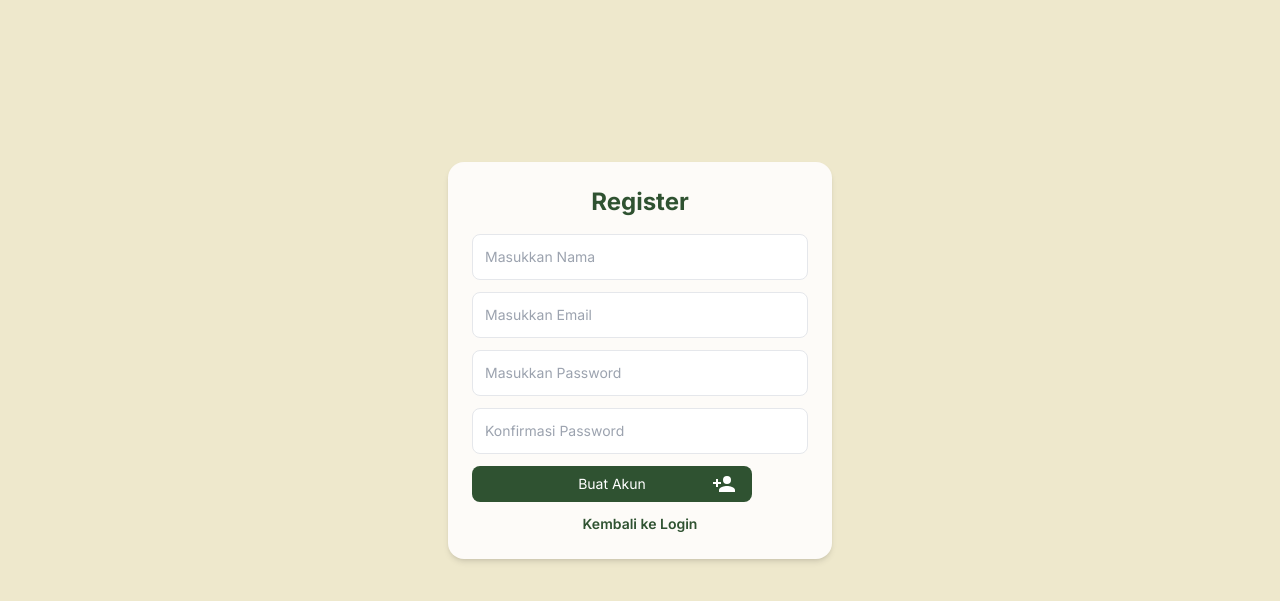
Repository: PajarAland/DiagramCoffee
Page: /register
An editor plug-in stored every save of this project. The page is shown before and after the next save, followed by the edit.
The browser window is 1280 px wide. The pictures show the whole page.
The page's requests for data from a server got no answer. The project was rebuilt for these pictures with package versions that can differ from the ones it lists, and the page was loaded fresh each time. Some packages were replaced by stand-ins written for this rebuild. No one was signed in, and anything a server would have sent is missing. Also part of the build but not shown: vite.config.js, src/components/ui/NavBar.jsx, src/pages/Landing.jsx, src/context/useAuth.jsx, src/pages/Login.jsx, src/pages/Home.jsx, src/auth/ProtectedRoute.jsx.

Above is the page before, as saved 2026-04-27 00:02:33.

### index.html
<!doctype html>
<html lang="en">
  <head>
    <meta charset="UTF-8" />
    <link rel="icon" type="image/svg+xml" href="/favicon.svg" />
    <link rel="preconnect" href="https://fonts.googleapis.com">
    <link rel="preconnect" href="https://fonts.gstatic.com" crossorigin>
    <link href="https://fonts.googleapis.com/css2?family=Inter:wght@400;500;600;700&display=swap" rel="stylesheet">
    <meta name="viewport" content="width=device-width, initial-scale=1.0" />
    <title>diagramcoffee</title>
  </head>
  <body>
    <div id="root"></div>
    <script type="module" src="/src/main.jsx"></script>
  </body>
</html>

### src/index.css
@tailwind base;
@tailwind components;
@tailwind utilities;

body {
  @apply font-sans;
}

### src/App.jsx
import { BrowserRouter, Routes, Route } from "react-router-dom";
import Landing from "./pages/Landing";
import Login from "./pages/Login";
import Register from "./pages/Register";
import Home from "./pages/Home";
import ProtectedRoute from "./auth/ProtectedRoute";
import { AuthProvider } from "./context/AuthProvider";

function App() {
  return (
    <AuthProvider>
      <BrowserRouter>
        <Routes>
          <Route path="/" element={<Landing />} />
          <Route path="/login" element={<Login />} />
          <Route path="/register" element={<Register />} />

          <Route
            path="/home"
            element={
              <ProtectedRoute>
                <Home />
              </ProtectedRoute>
            }
          />
        </Routes>
      </BrowserRouter>
    </AuthProvider>
  );
}

export default App;

### src/pages/Register.jsx
import { useState } from "react";
import { useNavigate } from "react-router-dom";
import Swal from "sweetalert2";
import API from "../services/api";
import accountAddWhite from "../assets/mdi--account-add-white.svg";



function Register() {
    const navigate = useNavigate();

    const [name, setName] = useState("");
    const [email, setEmail] = useState("");
    const [password, setPassword] = useState("");
    const [passwordConfirmation, setPasswordConfirmation] = useState("");

    const handleRegister = async (e) => {
        e.preventDefault();

        try {
            await API.post("/api/register", {
                name,
                email,
                password,
                password_confirmation: passwordConfirmation,
            });

            navigate("/login");

        } catch (error) {
            console.error(error);

            if (error.response.data.errors) {
                Swal.fire({
                    icon: "error",
                    title: "Validasi Gagal",
                    html: Object.values(error.response.data.errors).join("<br>"),
                });
                } else {
                Swal.fire({
                    icon: "error",
                    title: "Error",
                    text: error.response.data.message,
                });
            }
        }
    };

    return (
        <div className="min-h-screen bg-[#EEE8CC] flex items-center justify-center">
            <div className="bg-[#FDFBF8] w-full max-w-sm rounded-2xl p-6 shadow-md text-center">

                <h2 className="text-[#2F5231] font-bold text-2xl mb-4">
                    Register
                </h2>

                <form onSubmit={handleRegister} className="space-y-3">

                    <input
                        type="text"
                        placeholder="Masukkan Nama"
                        value={name}
                        onChange={(e) => setName(e.target.value)}
                        className="w-full border rounded-lg px-3 py-3 text-sm outline-none"
                    />

                    <input
                        type="email"
                        placeholder="Masukkan Email"
                        value={email}
                        onChange={(e) => setEmail(e.target.value)}
                        className="w-full border rounded-lg px-3 py-3 text-sm outline-none"
                    />

                    <input
                        type="password"
                        placeholder="Masukkan Password"
                        value={password}
                        onChange={(e) => setPassword(e.target.value)}
                        className="w-full border rounded-lg px-3 py-3 text-sm outline-none"
                    />

                    <input
                        type="password"
                        placeholder="Konfirmasi Password"
                        value={passwordConfirmation}
                        onChange={(e) => setPasswordConfirmation(e.target.value)}
                        className="w-full border rounded-lg px-3 py-3 text-sm outline-none"
                    />

                    <button
                        type="submit"
                        className="w-10/12 bg-[#2F5231] text-sm text-white py-2 rounded-lg mt-4 relative flex items-center justify-center"
                    >
                        <span className="text-center">Buat Akun</span>

                        <img
                            src={accountAddWhite}
                            alt="account add"
                            className="w-6 h-6 absolute right-4"
                        />
                    </button>
                </form>

                <button
                    onClick={() => navigate("/login")}
                    className="text-sm text-[#2F5231] font-semibold mt-3 hover:underline"
                >
                    Kembali ke Login
                </button>
            </div>
        </div>
    );
}

export default Register;

### src/context/AuthProvider.jsx
import { useEffect, useState } from "react";
import API from "../services/api";
import AuthContext from "./AuthContext";

export function AuthProvider({ children }) {
    const [user, setUser] = useState(null);
    const [initialized, setInitialized] = useState(false);

    useEffect(() => {
        const initAuth = async () => {
            try {
                await API.get("/sanctum/csrf-cookie");
                const res = await API.get("/api/user");
                setUser(res.data.data ?? null);
            } catch (error) {
                if (error.response?.status !== 401) {
                    console.error("Auth check failed:", error);
                }
                setUser(null);
            } finally {
                setInitialized(true);
            }
        };

        initAuth();
    }, []);

    const refreshUser = async () => {
        try {
            const res = await API.get("/api/user");
            setUser(res.data.data ?? null);
        } catch (error) {
            if (error.response?.status !== 401) {
                console.error("Refresh user failed:", error);
            }
            setUser(null);
        }
    };

    const login = (userData) => {
        setUser(userData);
    };

    const logout = async () => {
        try {
            await API.post("/api/logout");
        } finally {
            setUser(null);
        }
    };

    return (
        <AuthContext.Provider
            value={{
                user,
                setUser,
                login,
                logout,
                initialized,
                refreshUser,
            }}
        >
            {children}
        </AuthContext.Provider>
    );
}

### src/services/api.js
import axios from "axios";

const API = axios.create({
  baseURL: "http://localhost:8000",
  withCredentials: true,
  headers: {
    Accept: "application/json",
    "Content-Type": "application/json",
  },
});

// Let Axios handle CSRF automatically
API.defaults.xsrfCookieName = "XSRF-TOKEN";
API.defaults.xsrfHeaderName = "X-XSRF-TOKEN";

API.interceptors.response.use(
    (response) => response,
    (error) => {
        const status = error.response?.status;

        // expected auth state → ignore silently
        if (status === 401) {
            return Promise.reject(error);
        }

        console.error(error);
        return Promise.reject(error);
    }
);

export default API;

### src/context/AuthContext.jsx
import { createContext } from "react";

const AuthContext = createContext();
export default AuthContext;

### tailwind.config.js
/** @type {import('tailwindcss').Config} */
export default {
  content: [
    "./index.html",
    "./src/**/*.{js,jsx,ts,tsx}",
  ],
  theme: {
    fontFamily: {
      sans: ["Inter", "ui-sans-serif", "system-ui"],
    },
    extend: {},
  },
  plugins: [],
}

Loaded but not shown: src/main.jsx (common file)

After the next save:
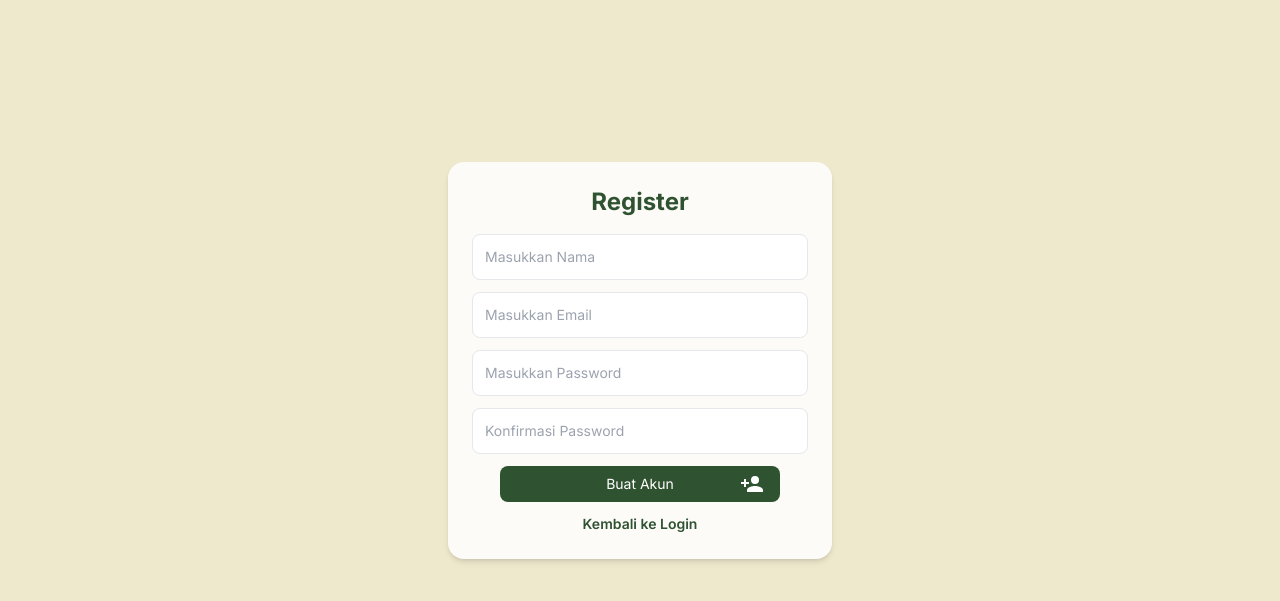
Saved 51 s later.
--- a/src/pages/Register.jsx
+++ b/src/pages/Register.jsx
@@ -90,7 +90,7 @@ function Register() {
 
                     <button
                         type="submit"
-                        className="w-10/12 bg-[#2F5231] text-sm text-white py-2 rounded-lg mt-4 relative flex items-center justify-center"
+                        className="w-10/12 mx-auto bg-[#2F5231] text-sm text-white py-2 rounded-lg mt-4 relative flex items-center justify-center"
                     >
                         <span className="text-center">Buat Akun</span>
 
